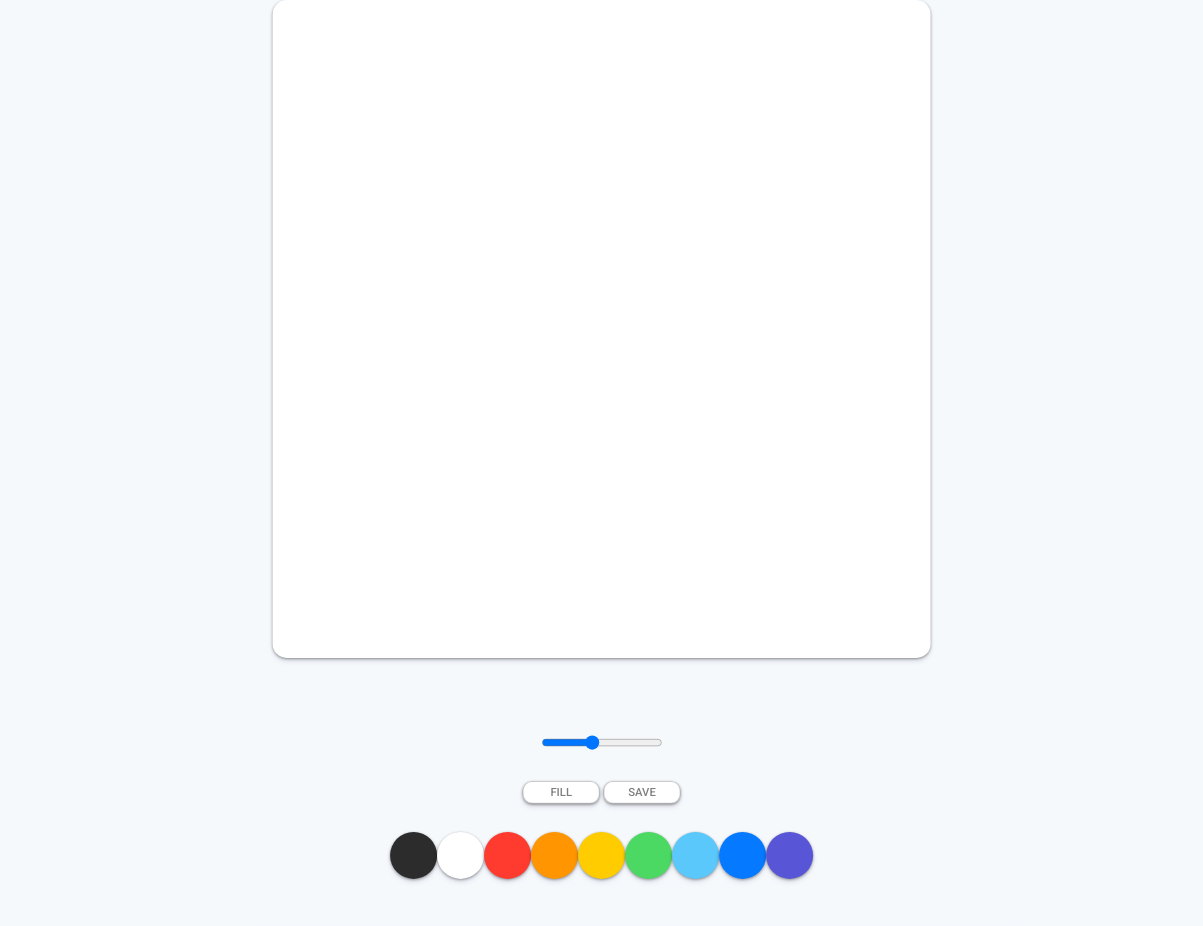
Repository: haleyjung/paintjs
Page: index.html
These files come from the project's save history. The page is drawn as it stood at one moment and after the next save; the edit follows.
The browser window is 1280 px wide. The pictures show the whole page, at 94% of full size.

Above is the page before, as saved 2020-11-24 23:02:45.

After the next save:
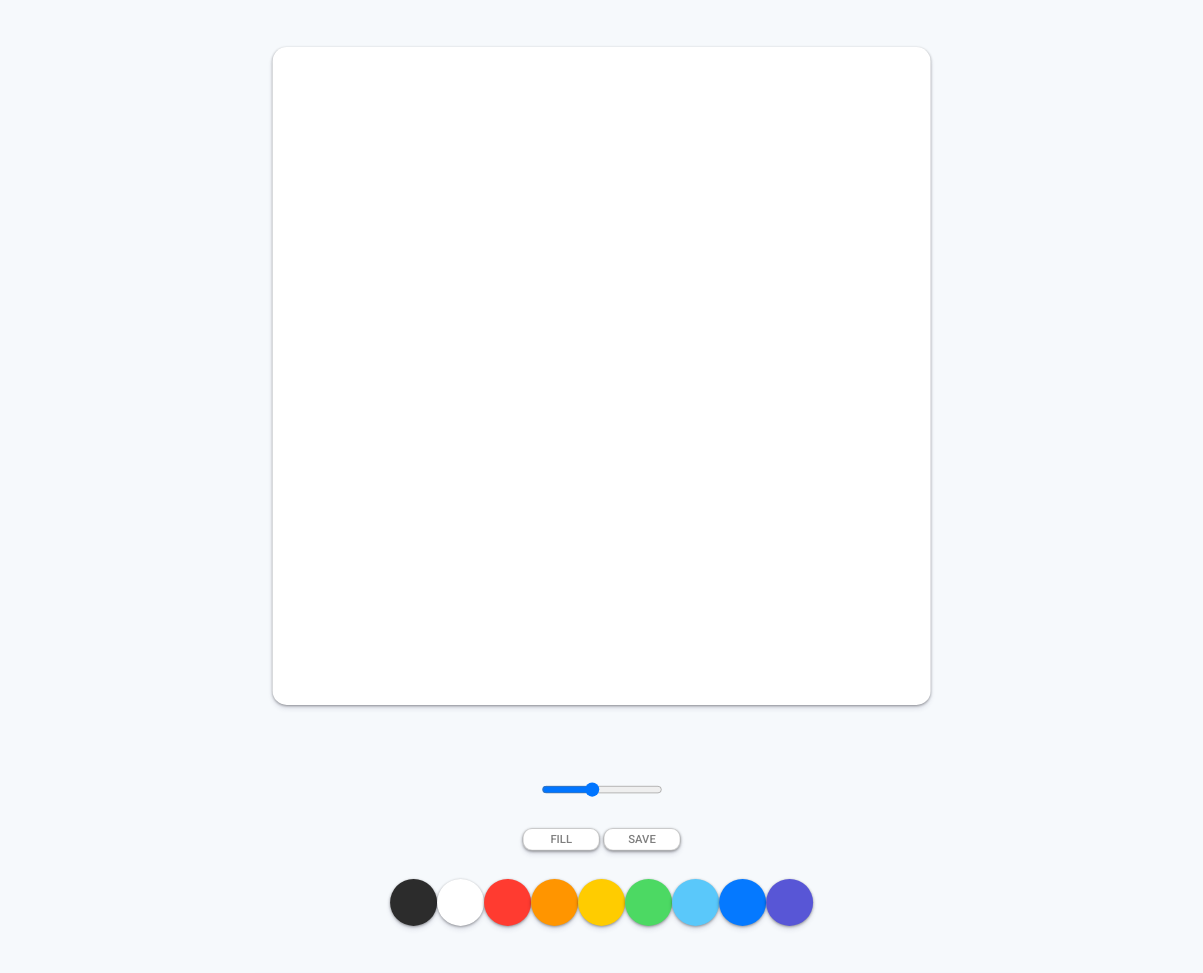
Saved 12 s later.
--- a/style.css
+++ b/style.css
@@ -7,7 +7,7 @@ body {
   display: flex;
   flex-direction: column;
   align-items: center;
-  padding-bottom: 50px;
+  padding: 50px 0px;
 }
 
 .canvas {
